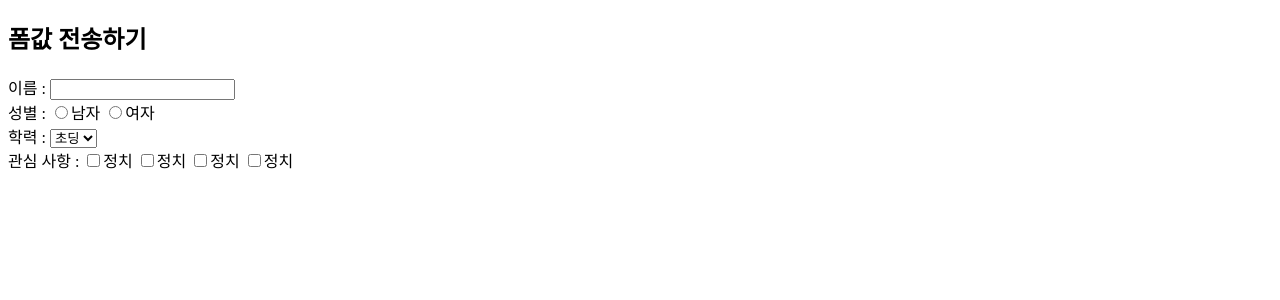
Repository: jjunyuongv/JSP_Servlet
Page: http://localhost/MustHHaveJSP/10EL/FormSubmit.jsp
These files come from the project's save history. The page is drawn as it stood at one moment and after the next save; the edit follows.
The browser window is 1280 px wide. The pictures show the whole page.
The page is served by Tomcat 10. Other server files are loaded and not shown.

Above is the page before, as saved 2025-05-12 02:15:19.

### MustHHaveJSP/src/main/webapp/10EL/FormSubmit.jsp
<%@ page language="java" contentType="text/html; charset=UTF-8"
    pageEncoding="UTF-8"%>
<!DOCTYPE html>
<html>
	<head>
	<meta charset="UTF-8">
	<title>표현 언어(EL) - 폼값 처리</title>
	</head>
	<body>
		<h2>폼값 전송하기</h2>
		<form name="frm" method="post" action="FormResult.jsp">
			이름 : <input type="text" name="name" /><br />
			성별 : <input type="radio" name="gender" value="Man" />남자
					<input type="radio" name="gender" value="Woman" />여자<br />
			학력 :
				<select name="grade">
					<option value="ele">초딩</option>
					<option value="mid">중딩</option>
					<option value="high">고딩</option>
					<option value="uni">대딩</option>
				</select><br />
			관심 사항 :
				<input type="checkbox" name="inter" value="pol" />정치
				<input type="checkbox" name="inter" value="pol" />정치
				<input type="checkbox" name="inter" value="pol" />정치
				<input type="checkbox" name="inter" value="pol" />정치

		</form>
	</body>
</html>

After the next save:
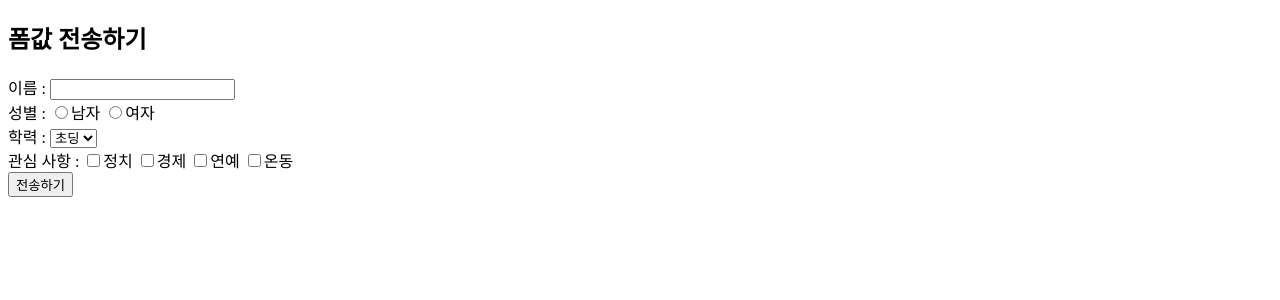
Saved 112 s later.
--- a/MustHHaveJSP/src/main/webapp/10EL/FormSubmit.jsp
+++ b/MustHHaveJSP/src/main/webapp/10EL/FormSubmit.jsp
@@ -21,9 +21,10 @@
 				</select><br />
 			관심 사항 :
 				<input type="checkbox" name="inter" value="pol" />정치
-				<input type="checkbox" name="inter" value="pol" />정치
-				<input type="checkbox" name="inter" value="pol" />정치
-				<input type="checkbox" name="inter" value="pol" />정치
+				<input type="checkbox" name="inter" value="eco" />경제
+				<input type="checkbox" name="inter" value="ent" />연예
+				<input type="checkbox" name="inter" value="spo" />온동<br />
+			<input type="submit"  value="전송하기" />
 
 		</form>
 	</body>
